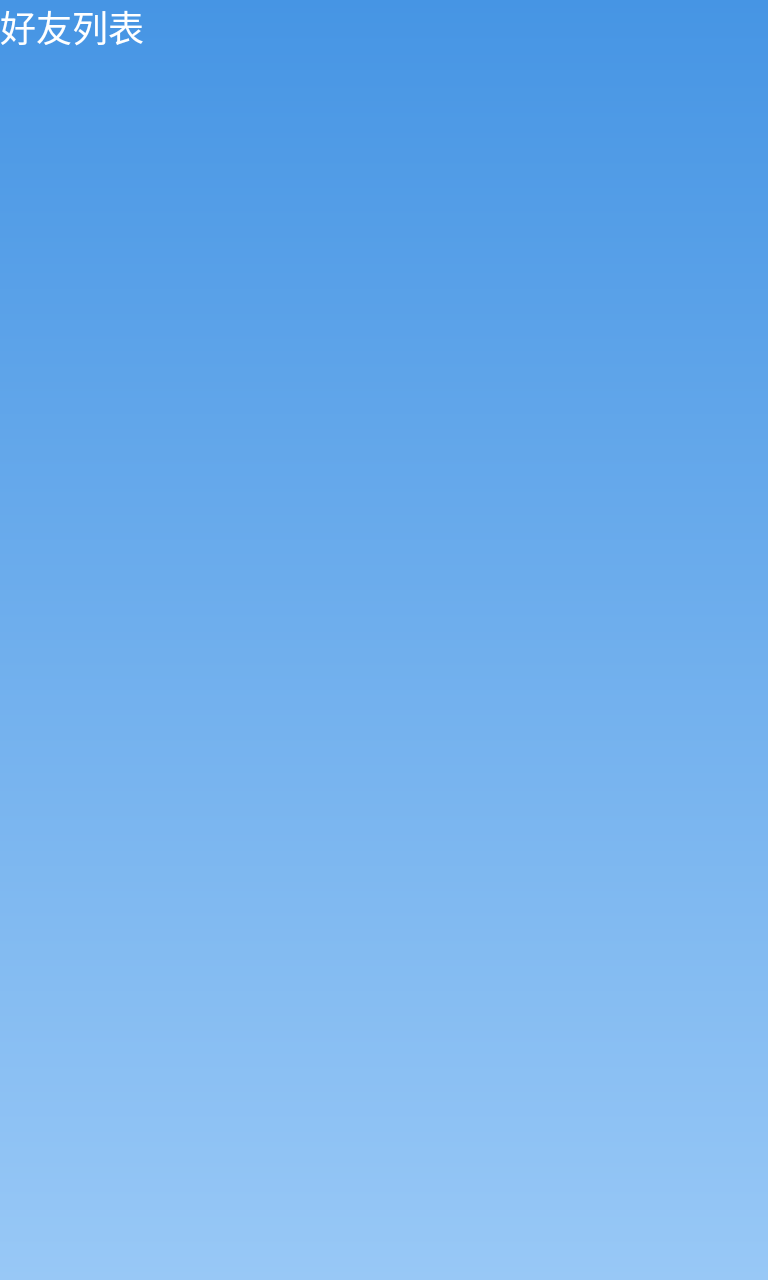
Repository: yjhcjykwbk-jlsec/experiment
Layout: client/CampusClient/res/layout/activity_contact.xml
These files come from the project's save history. The layout is drawn as it stood at one moment and after the next save; the edit follows.
It is drawn on a 768 x 1280 px phone screen (xhdpi) without system bars, with theme android:Theme; the app's code is not run. Lists and similar views that code fills are empty.

Above is the layout before, as saved 2014-03-19 11:08:41.

### client/CampusClient/res/layout/activity_contact.xml
<RelativeLayout xmlns:android="http://schemas.android.com/apk/res/android"
    android:layout_width="fill_parent"
    android:layout_height="fill_parent"
    android:background="@drawable/bg" >

    <LinearLayout
        android:layout_width="wrap_content"
        android:layout_height="wrap_content"
        android:layout_alignParentLeft="true"
        android:gravity="fill_vertical|top"
        android:orientation="vertical" >

        <ListView
            android:id="@+id/ContactListView"
            android:layout_width="wrap_content"
            android:layout_height="wrap_content"
            android:layout_gravity="bottom"
            android:layout_top="@+id/textView1"
            android:dividerHeight="5dp" >

        </ListView>

    </LinearLayout>

    <TextView
        android:id="@+id/textView1"
        android:layout_width="wrap_content"
        android:layout_height="wrap_content"
        android:layout_alignParentLeft="true"
        android:layout_alignParentTop="true"
        android:text="好友列表"
        android:textAppearance="?android:attr/textAppearanceMedium" />

</RelativeLayout>

### client/CampusClient/res/drawable/bg.xml
<?xml version="1.0" encoding="utf-8"?>
<shape xmlns:android="http://schemas.android.com/apk/res/android" >
    <gradient
        android:startColor="#4695e4"
        android:endColor="#98c8f6"
        android:angle="270"
        />
</shape>

After the next save:
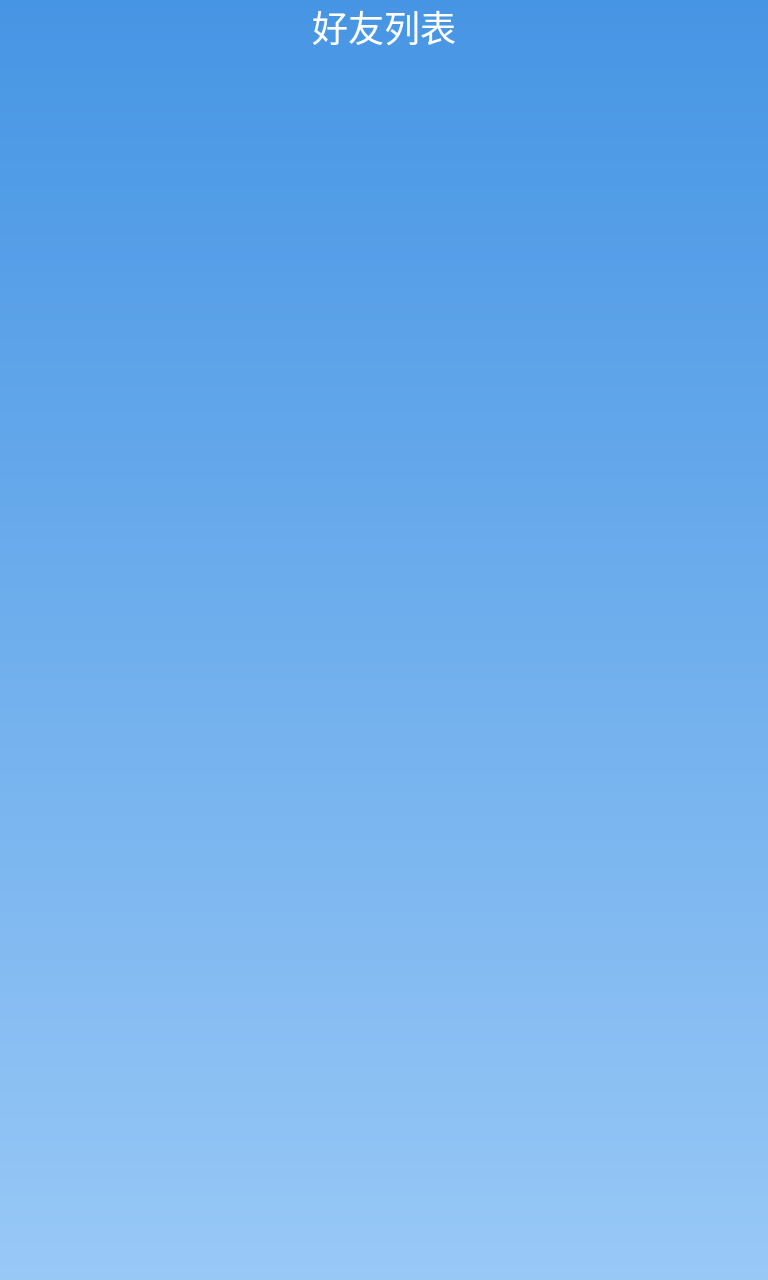
Saved 52 s later.
--- a/client/CampusClient/res/layout/activity_contact.xml
+++ b/client/CampusClient/res/layout/activity_contact.xml
@@ -10,24 +10,26 @@
         android:gravity="fill_vertical|top"
         android:orientation="vertical" >
 
-        <ListView
-            android:id="@+id/ContactListView"
-            android:layout_width="wrap_content"
-            android:layout_height="wrap_content"
-            android:layout_gravity="bottom"
-            android:layout_top="@+id/textView1"
-            android:dividerHeight="5dp" >
+    </LinearLayout>
 
-        </ListView>
+    <ListView
+        android:id="@+id/ContactListView"
+        android:layout_width="wrap_content"
+        android:layout_height="458dp"
+        android:layout_alignParentBottom="true"
+        android:layout_alignParentLeft="true"
+        android:layout_below="@+id/textView1"
+        android:layout_top="@+id/textView1"
+        android:dividerHeight="5dp" >
 
-    </LinearLayout>
+    </ListView>
 
     <TextView
         android:id="@+id/textView1"
         android:layout_width="wrap_content"
         android:layout_height="wrap_content"
-        android:layout_alignParentLeft="true"
         android:layout_alignParentTop="true"
+        android:layout_centerHorizontal="true"
         android:text="好友列表"
         android:textAppearance="?android:attr/textAppearanceMedium" />
 
